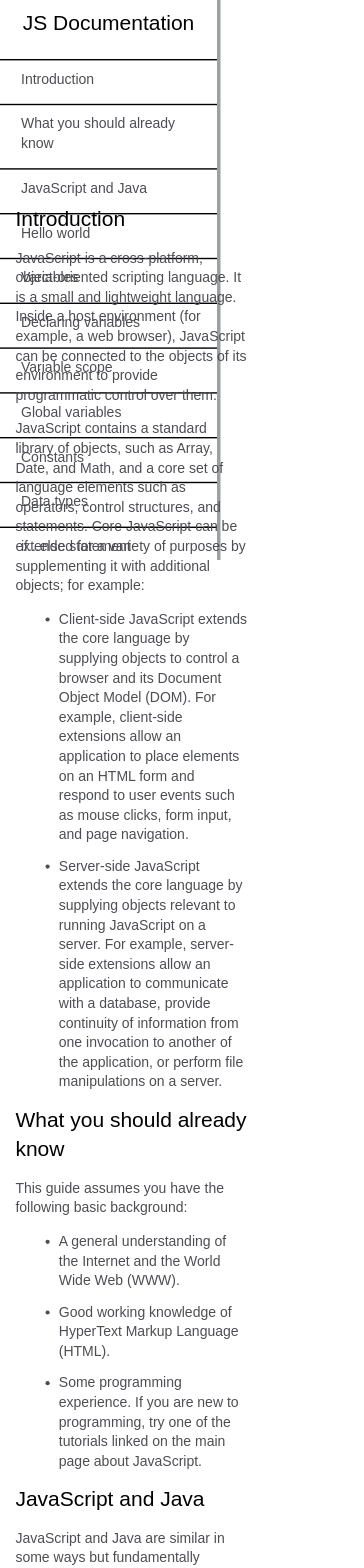
Repository: Lungdjos/technical_document_page_certificate
Page: index.html
An editor plug-in stored every save of this project. The page is shown before and after the next save, followed by the edit.
The browser window is 375 px wide. The page is 520 px wide, then 472 px, so the pictures cover 520 px, including what lies to the right of the window. The pictures show the part of the page from y = 0 to 2240 px (the page is 15202 px tall before and 14522 px after), at 70% of full size.
An inner scrolling area shows only its first screen.

Above is the page before, as saved 2023-11-21 23:00:59.

### index.html
<!DOCTYPE html>
<html lang="en">

<head>
    <meta charset="UTF-8">
    <meta name="viewport" content="width=device-width, initial-scale=1.0">
    <title>Technical Document</title>
    <link rel="stylesheet" href="./styles.css">
</head>

<body>
    <nav id="nav-bar">
        <header>JS Documentation</header>
        <ul>
            <li>
                <a href="#Introduction" class="nav-link">Introduction</a>
            </li>
            <li>
                <a href="#What_you_should_already_know" class="nav-link">What you should already know</a>
            </li>
            <li>
                <a href="#JavaScript_and_Java" class="nav-link">JavaScript and Java</a>
            </li>
            <li>
                <a href="#Hello_world" class="nav-link">Hello world</a>
            </li>
            <li>
                <a href="#Variables" class="nav-link">Variables</a>
            </li>
            <li>
                <a href="#Declaring_variables" class="nav-link">Declaring variables</a>
            </li>
            <li>
                <a href="#Variable_scope" class="nav-link">Variable scope</a>
            </li>
            <li>
                <a href="#Global_variables" class="nav-link">Global variables</a>
            </li>
            <li>
                <a href="#Constants" class="nav-link">Constants</a>
            </li>
            <li>
                <a href="#Data_types" class="nav-link">Data types</a>
            </li>
            <li>
                <a href="#if...else_statement" class="nav-link">if...else statement</a>
            </li>
            <li>
                <a href="#while_statement" class="nav-link">while statement</a>
            </li>
            <li>
                <a href="#Function_declarations" class="nav-link">Function declarations</a>
            </li>
            <li>
                <a href="#Reference" class="nav-link">Reference</a>
            </li>
        </ul>
    </nav>
    <main id="main-doc">
        <section class="main-section" id="Introduction">
            <header id="">Introduction</header>
            <p>JavaScript is a cross-platform, object-oriented scripting language. It is a small and lightweight language. Inside a host environment (for example, a web browser), JavaScript can be connected to the objects of its environment to provide programmatic
                control over them.</p>
            <p>JavaScript contains a standard library of objects, such as Array, Date, and Math, and a core set of language elements such as operators, control structures, and statements. Core JavaScript can be extended for a variety of purposes by supplementing
                it with additional objects; for example:
                <ul>
                    <li>Client-side JavaScript extends the core language by supplying objects to control a browser and its Document Object Model (DOM). For example, client-side extensions allow an application to place elements on an HTML form and respond
                        to user events such as mouse clicks, form input, and page navigation.</li>
                    <li>Server-side JavaScript extends the core language by supplying objects relevant to running JavaScript on a server. For example, server-side extensions allow an application to communicate with a database, provide continuity of information
                        from one invocation to another of the application, or perform file manipulations on a server.</li>
                </ul>
            </p>

        </section>
        <section class="main-section" id="What_you_should_already_know">
            <header id="">What you should already know</header>
            <p>This guide assumes you have the following basic background:
                <ul>
                    <li>A general understanding of the Internet and the World Wide Web (WWW).</li>
                    <li>Good working knowledge of HyperText Markup Language (HTML).</li>
                    <li>Some programming experience. If you are new to programming, try one of the tutorials linked on the main page about JavaScript.</li>
                </ul>
            </p>

        </section>
        <section class="main-section" id="JavaScript_and_Java">
            <header id="">JavaScript and Java</header>
            <p>JavaScript and Java are similar in some ways but fundamentally different in some others. The JavaScript language resembles Java but does not have Java's static typing and strong type checking. JavaScript follows most Java expression syntax,
                naming conventions and basic control-flow constructs which was the reason why it was renamed from LiveScript to JavaScript.</p>
            <p>In contrast to Java's compile-time system of classes built by declarations, JavaScript supports a runtime system based on a small number of data types representing numeric, Boolean, and string values. JavaScript has a prototype-based object
                model instead of the more common class-based object model. The prototype-based model provides dynamic inheritance; that is, what is inherited can vary for individual objects. JavaScript also supports functions without any special declarative
                requirements. Functions can be properties of objects, executing as loosely typed methods.</p>
            <p>JavaScript is a very free-form language compared to Java. You do not have to declare all variables, classes, and methods. You do not have to be concerned with whether methods are public, private, or protected, and you do not have to implement
                interfaces. Variables, parameters, and function return types are not explicitly typed.</p>
        </section>
        <section class="main-section" id="Hello_world">
            <header id="">Hello world</header>
            <p>
                To get started with writing JavaScript, open the Scratchpad and write your first "Hello world" JavaScript code:</p>
            <code>function greetMe(yourName) { alert("Hello " + yourName); }
                greetMe("World");</code>
            <p>Select the code in the pad and hit Ctrl+R to watch it unfold in your browser!</p>
        </section>
        <section class="main-section" id="Variables">
            <header id="">Variables</header>
            <p>You use variables as symbolic names for values in your application. The names of variables, called identifiers, conform to certain rules.</p>
            <p>A JavaScript identifier must start with a letter, underscore (_), or dollar sign ($); subsequent characters can also be digits (0-9). Because JavaScript is case sensitive, letters include the characters "A" through "Z" (uppercase) and the
                characters "a" through "z" (lowercase).</p>
            <p>You can use ISO 8859-1 or Unicode letters such as å and ü in identifiers. You can also use the Unicode escape sequences as characters in identifiers. Some examples of legal names are Number_hits, temp99, and _name.</p>
        </section>
        <section class="main-section" id="Declaring_variables">
            <header id="">Declaring variables</header>
            <p>You can declare a variable in three ways:</p>
            <p>With the keyword var. For example,</p>
            <code>var x = 42.</code>
            <p>This syntax can be used to declare both local and global variables.</p>
            <p>By simply assigning it a value. For example,</p>
            <code>x = 42.</code><br>
            <p>This always declares a global variable. It generates a strict JavaScript warning. You shouldn't use this variant.</p>
            <p>With the keyword let. For example,</p>
            <code>let y = 13.</code>
            <p>This syntax can be used to declare a block scope local variable. See Variable scope below.</p>
        </section>
        <section class="main-section" id="Variable_scope">
            <header id="">Variable scope</header>
            <p>When you declare a variable outside of any function, it is called a global variable, because it is available to any other code in the current document. When you declare a variable within a function, it is called a local variable, because it
                is available only within that function.</p>
            <p>JavaScript before ECMAScript 2015 does not have block statement scope; rather, a variable declared within a block is local to the function (or global scope) that the block resides within. For example the following code will log 5, because
                the scope of x is the function (or global context) within which x is declared, not the block, which in this case is an if statement.</p>
            <code>if (true) { var x = 5; } console.log(x); // 5</code>
            <p>This behavior changes, when using the let declaration introduced in ECMAScript 2015.</p>
            <code>if (true) { let y = 5; } console.log(y); // ReferenceError: y is
                not defined</code>
        </section>
        <section class="main-section" id="Global_variables">
            <header id="">Global variables</header>
            <p>Global variables are in fact properties of the global object. In web pages the global object is window, so you can set and access global variables using the window.variable syntax.</p>
            <p>Consequently, you can access global variables declared in one window or frame from another window or frame by specifying the window or frame name. For example, if a variable called phoneNumber is declared in a document, you can refer to this
                variable from an iframe as parent.phoneNumber.</p>
        </section>
        <section class="main-section" id="Constants">
            <header id="">Constants</header>
            <p>You can create a read-only, named constant with the const keyword. The syntax of a constant identifier is the same as for a variable identifier: it must start with a letter, underscore or dollar sign and can contain alphabetic, numeric, or
                underscore characters.</p>
            <code>const PI = 3.14;</code>
            <p>A constant cannot change value through assignment or be re-declared while the script is running. It has to be initialized to a value.</p>
            <p>The scope rules for constants are the same as those for let block scope variables. If the const keyword is omitted, the identifier is assumed to represent a variable.</p>
            <p>You cannot declare a constant with the same name as a function or variable in the same scope. For example:</p>
            <code>// THIS WILL CAUSE AN ERROR function f() {}; const f = 5; // THIS
                WILL CAUSE AN ERROR ALSO function f() { const g = 5; var g;
                //statements }</code>
            <p>However, object attributes are not protected, so the following statement is executed without problems.</p>
            <code>const MY_OBJECT = {"key": "value"}; MY_OBJECT.key =
                "otherValue";</code>
        </section>
        <section class="main-section" id="Data_types">
            <header id="">Data types</header>
            <p>The latest ECMAScript standard defines seven data types:
                <ul>
                    <li>Six data types that are primitives:
                        <ul>
                            <li>Boolean. true and false.</li>
                            <li>null. A special keyword denoting a null value. Because JavaScript is case-sensitive, null is not the same as Null, NULL, or any other variant.</li>
                            <li>undefined. A top-level property whose value is undefined.</li>
                            <li>Number. 42 or 3.14159.</li>
                            <li>String. "Howdy"</li>
                            <li>Symbol (new in ECMAScript 2015). A data type whose instances are unique and immutable.</li>
                        </ul>
                    </li>
                    <li>and Object</li>
                </ul>
            </p>
            <p>Although these data types are a relatively small amount, they enable you to perform useful functions with your applications. Objects and functions are the other fundamental elements in the language. You can think of objects as named containers
                for values, and functions as procedures that your application can perform.</p>
        </section>
        <section class="main-section" id="if...else_statement">
            <header id="">if...else statement</header>
            <p>Use the if statement to execute a statement if a logical condition is true. Use the optional else clause to execute a statement if the condition is false. An if statement looks as follows:</p>
            <code>if (condition) { statement_1; } else { statement_2; }</code>
            <p>condition can be any expression that evaluates to true or false. See Boolean for an explanation of what evaluates to true and false. If condition evaluates to true, statement_1 is executed; otherwise, statement_2 is executed. statement_1 and
                statement_2 can be any statement, including further nested if statements.</p>
            <p>You may also compound the statements using else if to have multiple conditions tested in sequence, as follows:</p>
            <code>if (condition_1) { statement_1; } else if (condition_2) {
                statement_2; } else if (condition_n) { statement_n; } else {
                statement_last; }</code>
            <p>In the case of multiple conditions only the first logical condition which evaluates to true will be executed. To execute multiple statements, group them within a block statement ({ ... }) . In general, it's good practice to always use block
                statements, especially when nesting if statements:</p>
            <code>if (condition) { statement_1_runs_if_condition_is_true;
                statement_2_runs_if_condition_is_true; } else {
                statement_3_runs_if_condition_is_false;
                statement_4_runs_if_condition_is_false; }</code>
            <p>It is advisable to not use simple assignments in a conditional expression, because the assignment can be confused with equality when glancing over the code. For example, do not use the following code:</p>
            <code>if (x = y) { /* statements here */ }</code>
            <p>If you need to use an assignment in a conditional expression, a common practice is to put additional parentheses around the assignment. For example:</p>
            <code>if ((x = y)) { /* statements here */ }</code>
        </section>
        <section class="main-section" id="while_statement">
            <header id="">while statement</header>
            <p>A while statement executes its statements as long as a specified condition evaluates to true. A while statement looks as follows:</p>
            <code>while (condition) statement</code>
            <p>If the condition becomes false, statement within the loop stops executing and control passes to the statement following the loop.</p>
            <p>The condition test occurs before statement in the loop is executed. If the condition returns true, statement is executed and the condition is tested again. If the condition returns false, execution stops and control is passed to the statement
                following while.</p>
            <p>To execute multiple statements, use a block statement ({ ... }) to group those statements.</p>
            <p>Example: <br> The following while loop iterates as long as n is less than three:</p>
            <code>var n = 0; var x = 0; while (n < 3) { n++; x += n; }</code>
            <p>With each iteration, the loop increments n and adds that value to x. Therefore, x and n take on the following values:
                <ul>
                    <li>After the first pass: n = 1 and x = 1</li>
                    <li>After the second pass: n = 2 and x = 3</li>
                    <li>After the third pass: n = 3 and x = 6</li>
                </ul>
            </p>
            <p>After completing the third pass, the condition n
                < 3 is no longer true, so the loop terminates.</p>
        </section>
        <section class="main-section" id="Function_declarations">
            <header id="">Function declarations</header>
            <p>A function definition (also called a function declaration, or function statement) consists of the function keyword, followed by:
                <ul>
                    <li>The name of the function.</li>
                    <li>A list of arguments to the function, enclosed in the parentheses and separated by commas.</li>
                    <li>The JavaScript statement that defines the function, enclosed in curly brackets, {}.</li>
                </ul>
            </p>
            <p>For example, the following code defines a simple function named square:</p>
            <code>function square(number) { return number * number; }</code>
            <p>The function square takes one argument, called number. The function consists of one statement that says to return the argument of the function (that is, number) multiplied by itself. The return statement specifies the value returned by the
                function.
            </p>
            <code>return number * number;</code>
            <p>Primitive parameters (such as a number) are passed to functions by value; the value is passed to the function, but if the function changes the value of the parameter, this change is not reflected globally or in the calling function.</p>
        </section>
        <section class="main-section" id="Reference">
            <header id="">Reference</header>
            <ul>
                <li>All the documentation in this page is taken from
                    <a href="https://developer.mozilla.org/en-US/docs/Web/JavaScript/Guide" target="_blank">MDN</a>
                </li>
            </ul>
        </section>
    </main>
</body>

</html>

### styles.css
/* A technical document page stylings */

html {
    box-sizing: border-box;
}

header {
    font-size: 30px;
    font-weight: thin;
    margin: 12px;
    text-align: center;
    color: #000;
}

body {
    font-family: Arial, Helvetica, sans-serif;
    font-size: 20px;
    margin: 0;
    line-height: 1.4;
    min-width: 280px;
    color: #4d4e53;
}


/* nav bar styling */

#nav-bar {
    position: fixed;
    border-right: 5px solid #99a2a2;
    height: 100%;
    width: 310px;
    left: 0;
    top: 0;
    min-width: 280px;
}

#nav-bar ul {
    height: 90%;
    padding: 0;
    overflow-y: auto;
    overflow-x: hidden;
}

#nav-bar li {
    border-top: 2px solid #000;
    margin-top: 10px;
    list-style: none;
    position: relative;
    color: #4d4e53;
}

#nav-bar a {
    display: block;
    padding: 12px 30px;
    text-decoration: none;
    cursor: pointer;
    color: #4d4e53;
}


/* body styling */

code {
    display: block;
    background-color: #f7f7f7;
    text-align: left;
    white-space: pre-line;
    position: relative;
    word-break: normal;
    word-wrap: normal;
    line-height: 2;
    padding: 16px;
    margin: 12px;
    border-radius: 5px;
}

#main-doc header {
    margin: 0;
    text-align: left;
}

#main-doc {
    position: absolute;
    margin-left: 325px;
    padding: 22px;
}

#main-doc li {
    margin: 17px 0 0 22px;
}


/* styling for mobile devices */

@media (max-width: 815px) {
    #navbar ul {
        border: 1px solid;
        height: 207px;
    }
    #navbar {
        background-color: white;
        position: absolute;
        top: 0;
        padding: 0;
        margin: 0;
        width: 100%;
        max-height: 275px;
        border: none;
        z-index: 1;
        border-bottom: 2px solid;
    }
    #main-doc {
        position: relative;
        margin-left: 0px;
        margin-top: 270px;
    }
}

After the next save:
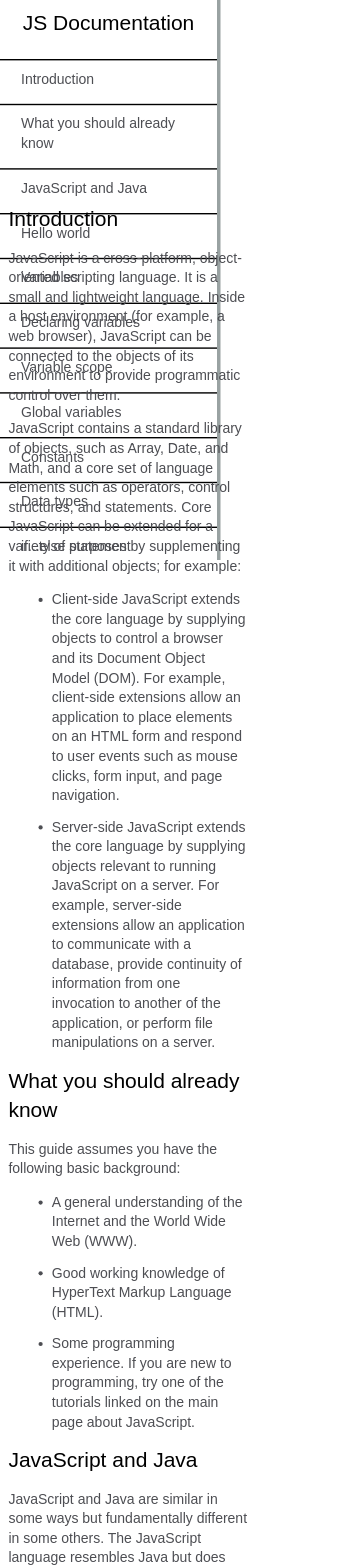
Saved 35 s later.
--- a/styles.css
+++ b/styles.css
@@ -115,3 +115,17 @@ code {
         margin-top: 270px;
     }
 }
+
+@media only screen and (max-width: 400px) {
+    #main-doc {
+        margin-left: -10px;
+    }
+    code {
+        margin-left: -20px;
+        width: 100%;
+        padding: 15px;
+        padding-left: 10px;
+        padding-right: 45px;
+        min-width: 233px;
+    }
+}
